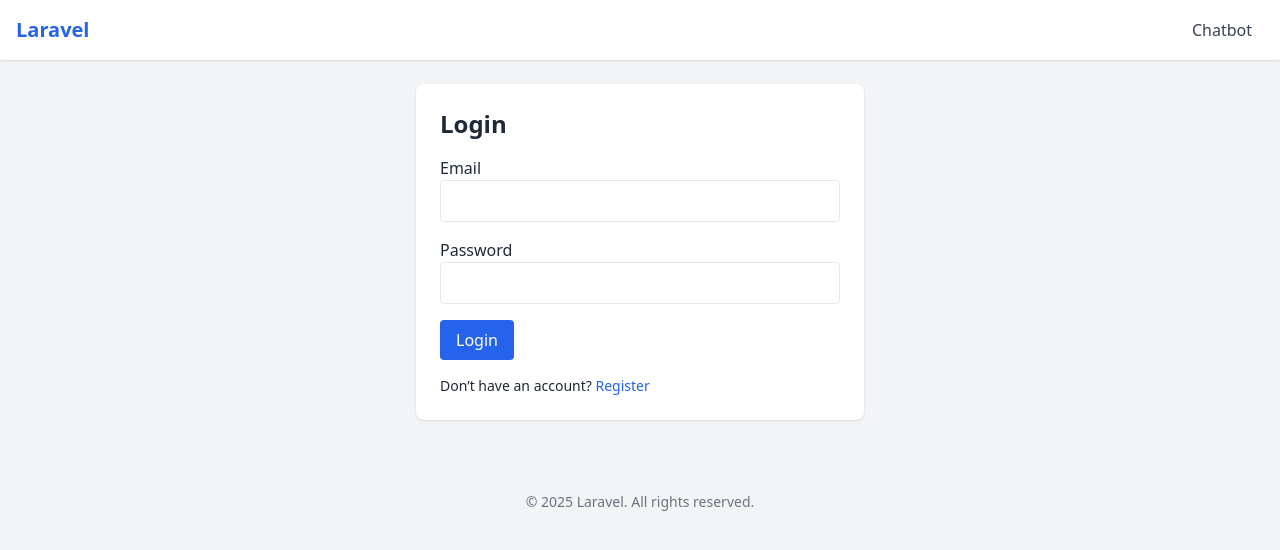
Repository: daffa-alif/lomba-NeuroGamy
Page: http://localhost/login
The author's editor kept a copy of each file at every save. The page is drawn from the files as they stood at one save, then again after the next save.
The browser window is 1280 px wide. The pictures show the whole page.
Some web libraries are served in a nearby version. The page is served by the project's Laravel application, run on PHP 8.4 with Laravel 12. Other server files are loaded and not shown.

Above is the page before, as saved 2025-09-18 11:03:23.

### routes/web.php
<?php

use Illuminate\Support\Facades\Route;
use App\Http\Controllers\AiController;
use App\Http\Controllers\AuthController;

Route::get('/', function () {
    return view('welcome');
});

Route::get('/login', [AuthController::class, 'viewLogin'])->name('login');
Route::post('/login', [AuthController::class, 'login']);

Route::get('/register', [AuthController::class, 'viewRegister'])->name('register');
Route::post('/register', [AuthController::class, 'register']);

Route::post('/logout', [AuthController::class, 'logout'])->name('logout');

Route::get('/chatbot', [AiController::class, 'chatbot']);
Route::post('/ai/generate', [AiController::class, 'generate'])->name('ai.generate');

### app/Http/Controllers/AuthController.php
<?php

namespace App\Http\Controllers;

use Illuminate\Http\Request;
use Illuminate\Support\Facades\Auth;
use Illuminate\Support\Facades\Hash;
use App\Models\User;

class AuthController extends Controller
{
    public function viewLogin()
    {
        return view('Auth.login');
    }

    public function viewRegister()
    {
        return view('Auth.register');
    }

  public function login(Request $request)
{
    $credentials = $request->validate([
        'email'    => ['required', 'email'],
        'password' => ['required'],
    ]);

    if (Auth::attempt($credentials)) {
        $request->session()->regenerate();
        // ✅ go to chatbot after login
        return redirect()->intended('/chatbot');
    }

    return back()->withErrors([
        'email' => 'Invalid credentials.',
    ])->withInput();
}

public function register(Request $request)
{
    $data = $request->validate([
        'name'     => ['required', 'string', 'max:255'],
        'email'    => ['required', 'email', 'unique:users,email'],
        'password' => ['required', 'min:6', 'confirmed'],
    ]);

    $user = User::create([
        'name'     => $data['name'],
        'email'    => $data['email'],
        'password' => Hash::make($data['password']),
    ]);

    Auth::login($user);

    // ✅ go to chatbot after register
    return redirect('/chatbot');
}


    public function logout(Request $request)
    {
        Auth::logout();
        $request->session()->invalidate();
        $request->session()->regenerateToken();

        return redirect('/login');
    }
}

### resources/views/Auth/login.blade.php
@extends('layouts.app')

@section('content')
<div class="max-w-md mx-auto bg-white p-6 rounded-lg shadow">
    <h2 class="text-2xl font-bold mb-4">Login</h2>

    <form method="POST" action="{{ route('login') }}">
        @csrf
        <div class="mb-4">
            <label class="block">Email</label>
            <input type="email" name="email" value="{{ old('email') }}"
                   class="w-full border rounded px-3 py-2" required>
            @error('email') <p class="text-red-500 text-sm">{{ $message }}</p> @enderror
        </div>

        <div class="mb-4">
            <label class="block">Password</label>
            <input type="password" name="password" class="w-full border rounded px-3 py-2" required>
            @error('password') <p class="text-red-500 text-sm">{{ $message }}</p> @enderror
        </div>

        <button type="submit" class="bg-blue-600 text-white px-4 py-2 rounded">
            Login
        </button>
    </form>

    <p class="mt-4 text-sm">
        Don’t have an account?
        <a href="{{ route('register') }}" class="text-blue-600">Register</a>
    </p>
</div>
@endsection

### resources/views/layouts/app.blade.php
<!DOCTYPE html>
<html lang="{{ str_replace('_', '-', app()->getLocale()) }}">
<head>
    <meta charset="utf-8">
    <meta name="viewport" content="width=device-width, initial-scale=1">

    <title>{{ config('app.name', 'Laravel Chatbot') }}</title>

    <!-- TailwindCSS via CDN (optional, remove if using Vite/Tailwind) -->
    <script src="https://cdn.tailwindcss.com"></script>

    <!-- CSRF Token for JS fetch -->
    <meta name="csrf-token" content="{{ csrf_token() }}">
</head>
<body class="antialiased bg-gray-100 text-gray-800">

    <!-- Navbar -->
    <nav class="bg-white shadow mb-6">
        <div class="max-w-7xl mx-auto px-4 py-4 flex justify-between items-center">
            <a href="{{ url('/') }}" class="text-xl font-bold text-blue-600">
                {{ config('app.name', 'Laravel Chatbot') }}
            </a>
            <div>
                <a href="{{ url('/chatbot') }}" class="text-gray-700 hover:text-blue-600 px-3">Chatbot</a>
            </div>
        </div>
    </nav>

    <!-- Main Content -->
    <main class="container mx-auto px-4">
        @yield('content')
    </main>

    <!-- Footer -->
    <footer class="mt-12 py-6 text-center text-gray-500 text-sm">
        &copy; {{ date('Y') }} {{ config('app.name', 'Laravel Chatbot') }}. All rights reserved.
    </footer>

</body>
</html>

Loaded but not shown: app/Http/Controllers/Controller.php (common file)

After the next save:
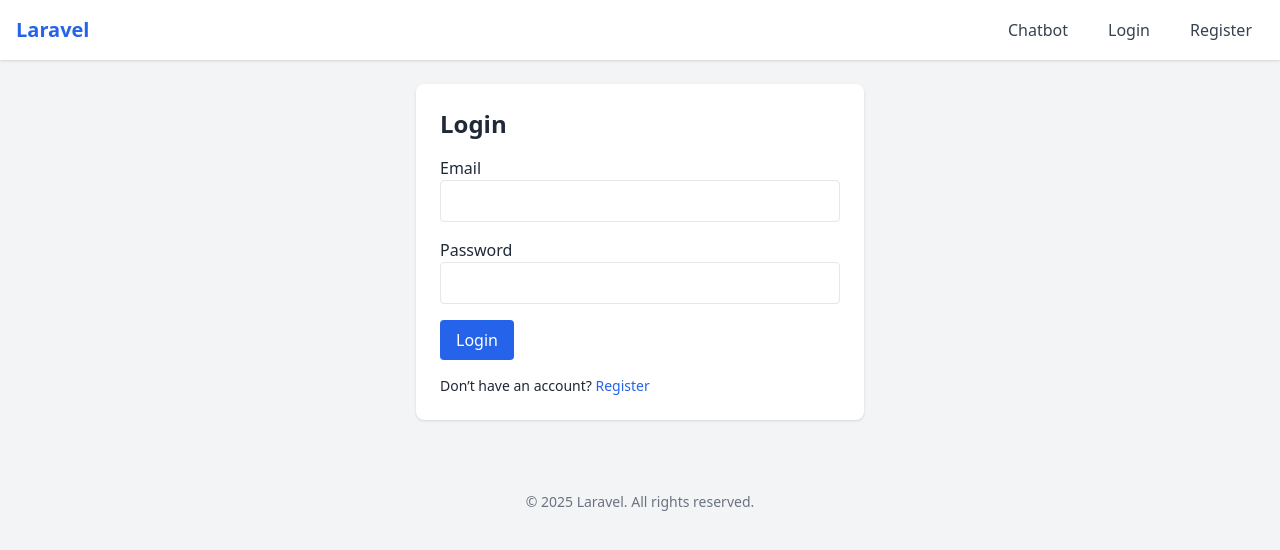
Saved 92 s later.
--- a/resources/views/layouts/app.blade.php
+++ b/resources/views/layouts/app.blade.php
@@ -6,7 +6,7 @@
 
     <title>{{ config('app.name', 'Laravel Chatbot') }}</title>
 
-    <!-- TailwindCSS via CDN (optional, remove if using Vite/Tailwind) -->
+    <!-- TailwindCSS via CDN -->
     <script src="https://cdn.tailwindcss.com"></script>
 
     <!-- CSRF Token for JS fetch -->
@@ -20,8 +20,34 @@
             <a href="{{ url('/') }}" class="text-xl font-bold text-blue-600">
                 {{ config('app.name', 'Laravel Chatbot') }}
             </a>
-            <div>
+            <div class="flex items-center space-x-4">
                 <a href="{{ url('/chatbot') }}" class="text-gray-700 hover:text-blue-600 px-3">Chatbot</a>
+
+                <!-- Authentication Card -->
+                @auth
+                    <div class="flex items-center bg-gray-100 rounded-lg px-3 py-2 shadow-sm">
+                        <!-- Empty profile circle -->
+                        <div class="w-10 h-10 bg-gray-300 rounded-full flex items-center justify-center text-gray-600">
+                            <span class="text-sm font-bold">
+                                {{ strtoupper(substr(Auth::user()->name, 0, 1)) }}
+                            </span>
+                        </div>
+
+                        <!-- User name -->
+                        <div class="ml-3">
+                            <p class="text-sm font-semibold text-gray-800">
+                                {{ Auth::user()->name }}
+                            </p>
+                            <form action="{{ route('logout') }}" method="POST">
+                                @csrf
+                                <button type="submit" class="text-xs text-red-500 hover:underline">Logout</button>
+                            </form>
+                        </div>
+                    </div>
+                @else
+                    <a href="{{ url('/login') }}" class="text-gray-700 hover:text-blue-600 px-3">Login</a>
+                    <a href="{{ url('/register') }}" class="text-gray-700 hover:text-blue-600 px-3">Register</a>
+                @endauth
             </div>
         </div>
     </nav>
